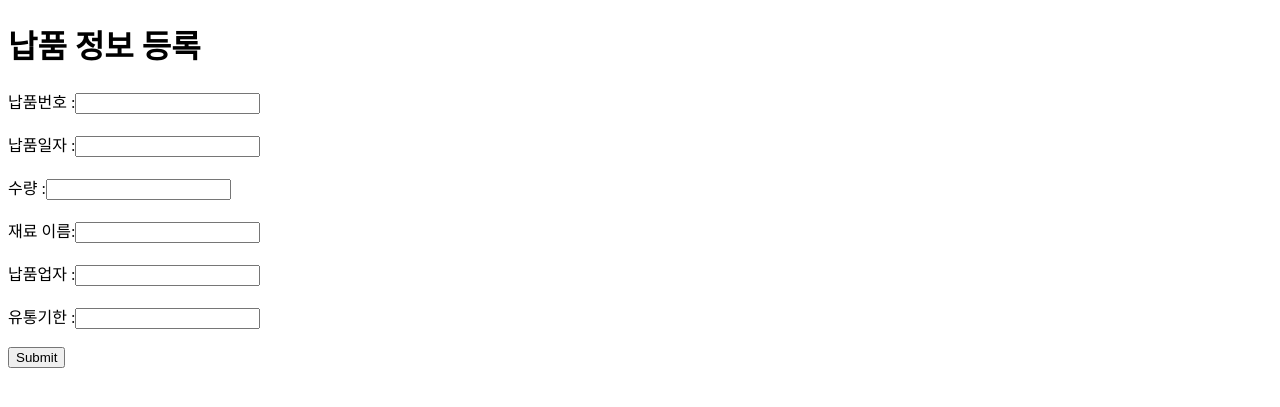
Repository: Awseok/InterDBTermProject
Page: FoodManager/WebContent/Supply_modify.html
The author's editor kept a copy of each file at every save. The page is drawn from the files as they stood at one save, then again after the next save.
The browser window is 1280 px wide. The pictures show the whole page.

Above is the page before, as saved 2020-06-29 15:23:33.

### FoodManager/WebContent/Supply_modify.html
<!DOCTYPE html>
<html>
<head>
<meta charset="UTF-8">
<title>납품 정보 등록</title>
</head>
<body>
<h1> 납품 정보 등록 </h1>

<form action="http://localhost:8080/FoodManager/SupplyController">
납품번호 :<input type="number" name="sno"> <br/><br>
납품일자 :<input type="text" name="sdate"> <br/><br>
수량      :<input type="number" name="amount"> <br/><br>
재료 이름:<input type="text" name="gname"> <br/><br>
납품업자 :<input type="text" name="sname"> <br/><br>
유통기한 :<input type="text" name="edate"> <br/><br>

<input type="submit">
</form>
</body>
</html>

After the next save:
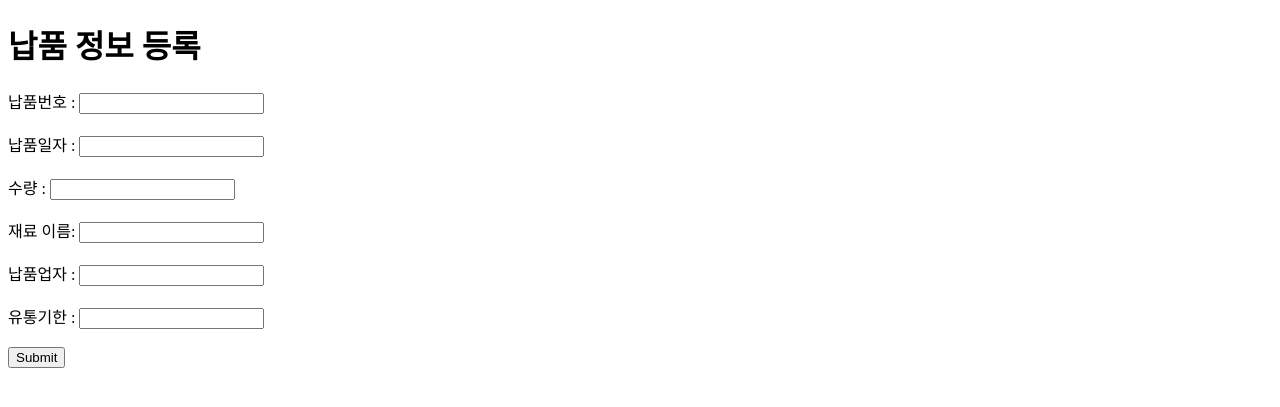
Saved 20 s later.
--- a/FoodManager/WebContent/Supply_modify.html
+++ b/FoodManager/WebContent/Supply_modify.html
@@ -8,12 +8,12 @@
 <h1> 납품 정보 등록 </h1>
 
 <form action="http://localhost:8080/FoodManager/SupplyController">
-납품번호 :<input type="number" name="sno"> <br/><br>
-납품일자 :<input type="text" name="sdate"> <br/><br>
-수량      :<input type="number" name="amount"> <br/><br>
-재료 이름:<input type="text" name="gname"> <br/><br>
-납품업자 :<input type="text" name="sname"> <br/><br>
-유통기한 :<input type="text" name="edate"> <br/><br>
+납품번호 :  <input type="number" name="sno"> <br/><br>
+납품일자 :  <input type="text" name="sdate"> <br/><br>
+수량      :  <input type="number" name="amount"> <br/><br>
+재료 이름:  <input type="text" name="gname"> <br/><br>
+납품업자 :  <input type="text" name="sname"> <br/><br>
+유통기한 :  <input type="text" name="edate"> <br/><br>
 
 <input type="submit">
 </form>
